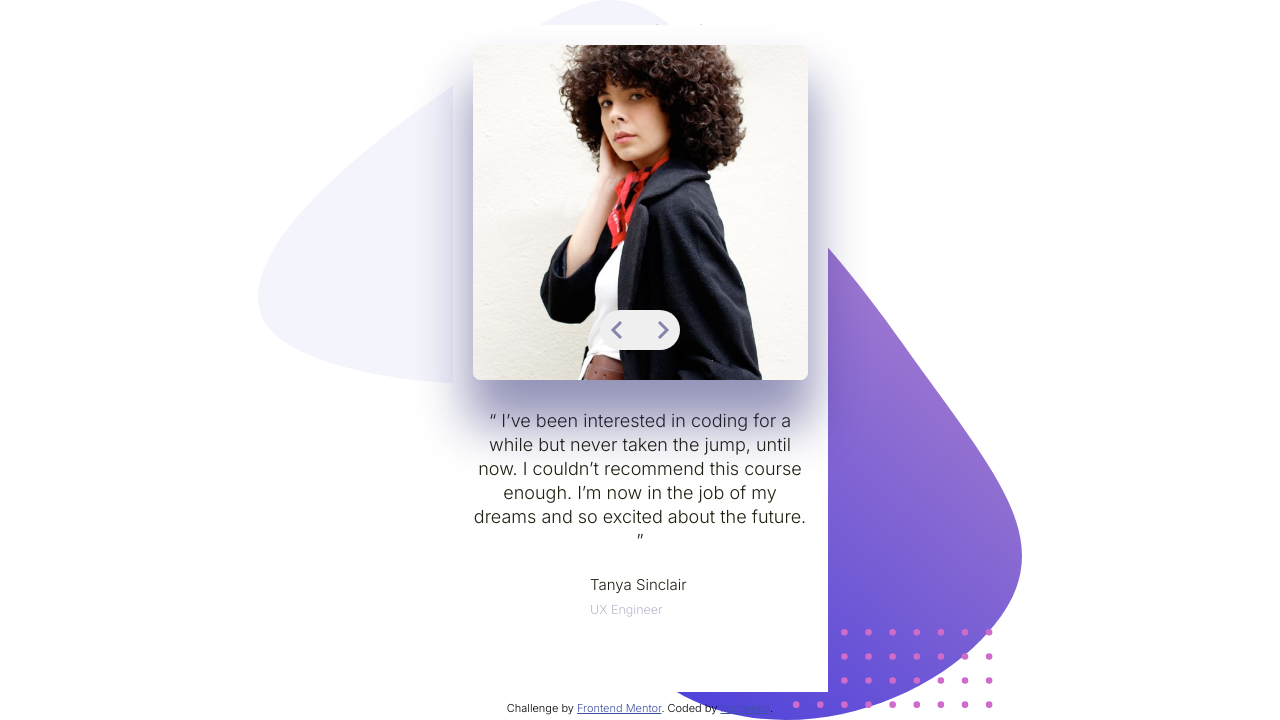
Repository: Hcmwebs/Coding-Bootcamp-Testimonials
Page: index.html
These files come from the project's save history. The page is drawn as it stood at one moment and after the next save; the edit follows.
The browser window is 1280 px wide. The pictures show the whole page.
The style sheet was rebuilt from its Sass, Less or Tailwind sources for each picture, by a compiler version that may differ from the author's.

Above is the page before, as saved 2020-10-30 13:49:57.

After the next save:
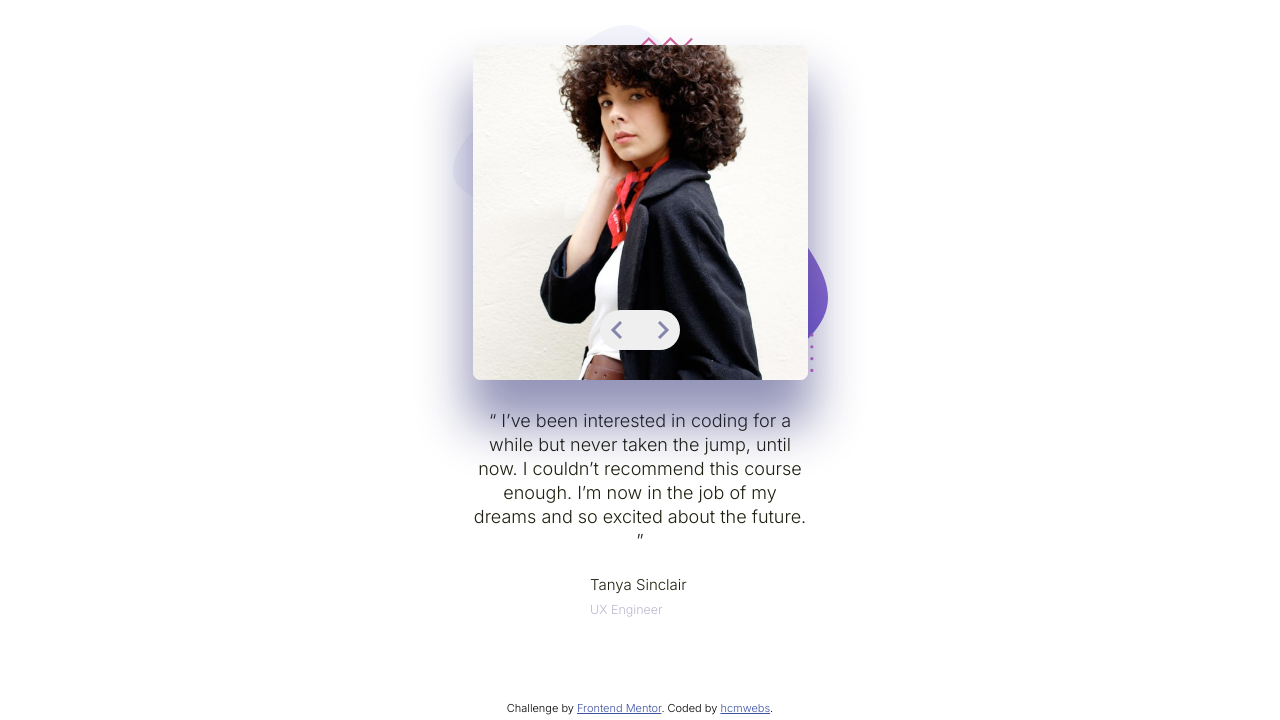
Saved 109 s later.
--- a/scss/main.scss
+++ b/scss/main.scss
@@ -35,10 +35,6 @@ body{
   font-size: 10px;
   font-weight: 300;
   line-height: 24px;
-  background-image: url(/images/pattern-bg.svg);
-  background-position: top center;
-  background-size:contain;
-  background-repeat: no-repeat;
   height: 100vh;
   width: 100%;
   @include flexCenter;
@@ -59,7 +55,10 @@ body{
   padding: 20px;
   @include flexSpaceBetween;
   flex-direction: column;
-  background-color: #fff;
+  background-image: url(/images/pattern-bg.svg);
+  background-position: top center;
+  background-size:contain;
+  background-repeat: no-repeat;
 
   &__header{
     width: 100%;
